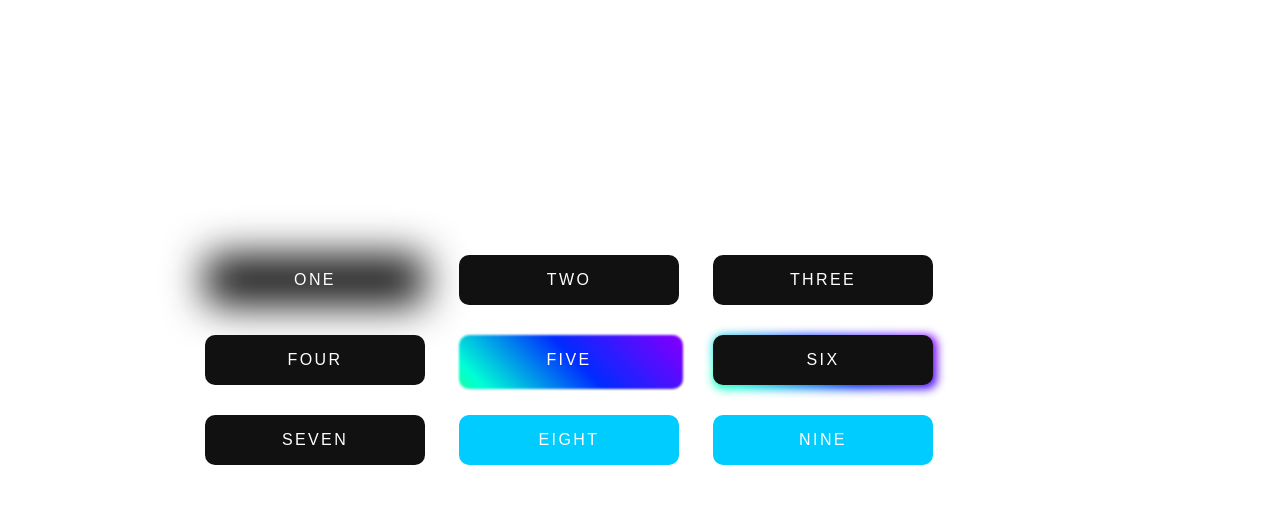
Repository: DanyalNajeeb/dns-button
Page: index.html
The author's editor kept a copy of each file at every save. The page is drawn from the files as they stood at one save, then again after the next save.
The browser window is 1280 px wide. The pictures show the whole page.

Above is the page before, as saved 2021-01-11 18:08:51.

After the next save:
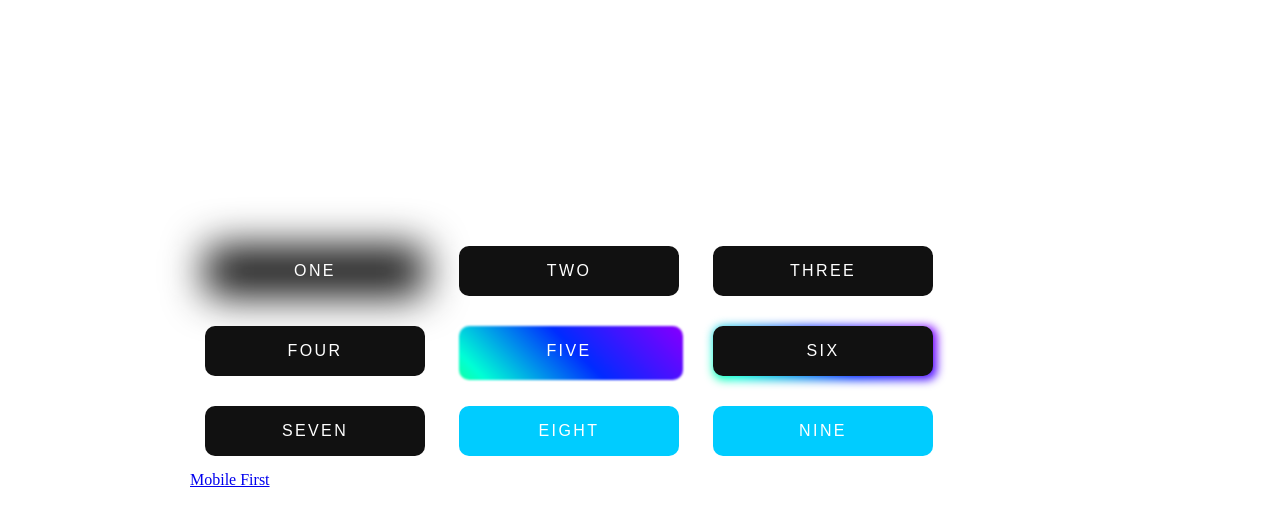
Saved 114 s later.
--- a/index.html
+++ b/index.html
@@ -18,7 +18,9 @@
         <button class="dns-button glowOnHover"> SEVEN</button>
         <button class="dns-button slideIn"> EIGHT</button>
         <button class="dns-button slideIn"> nine</button>
-
+        <div class="button">
+          <a href="#">Mobile First</a>
+        </div>
 
 
 
